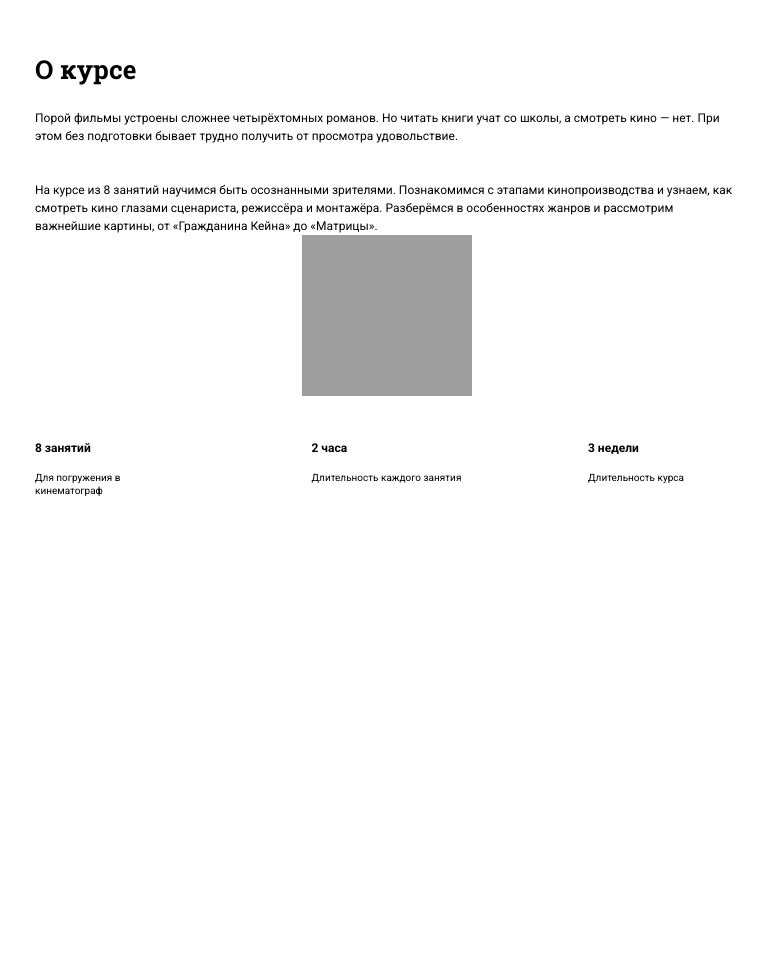
Repository: PoladEziz/Task1
Page: index.html
An editor plug-in stored every save of this project. The page is shown before and after a run of saves, followed by the edit.
The browser window is 768 px wide. The pictures show the whole page.
Pictures or frames that could not be fetched are drawn as grey boxes.

Above is the page before, as saved 2023-04-27 18:07:42.

After the next 3 saves:
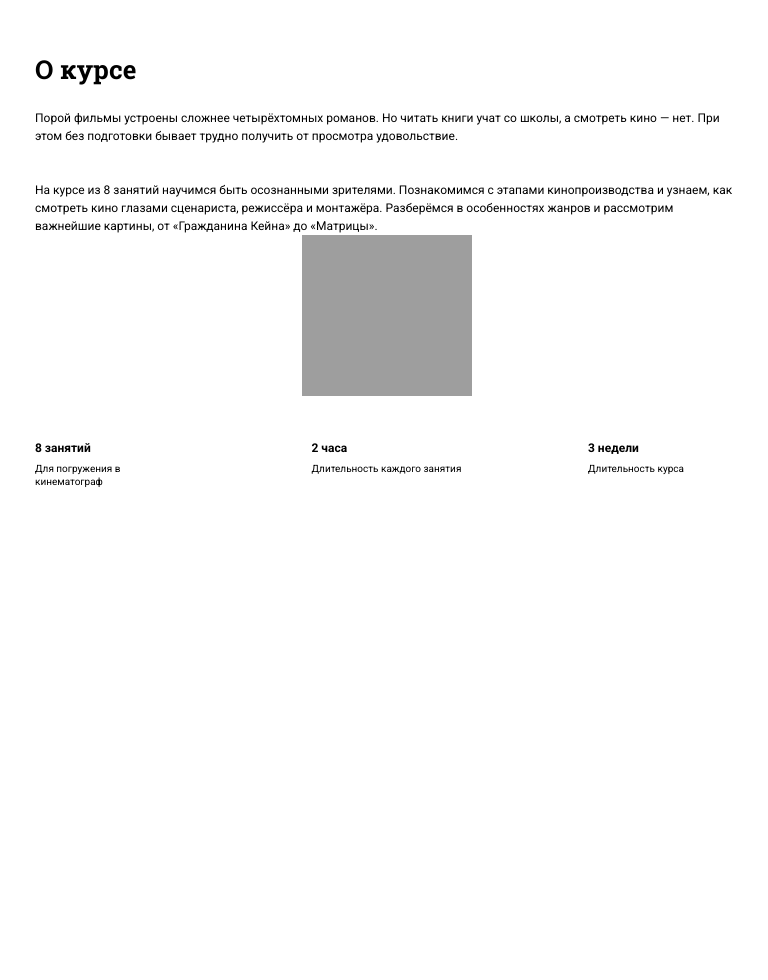
The 3 saves are shown as one change because they came seconds apart.
The last was saved 7 s later.
--- a/index.css
+++ b/index.css
@@ -151,6 +151,7 @@
   }
 
   .box-2 ul li h3 {
+    margin-bottom: 6px;
     font-size: 12px;
   }
   .box-2 ul li p{
